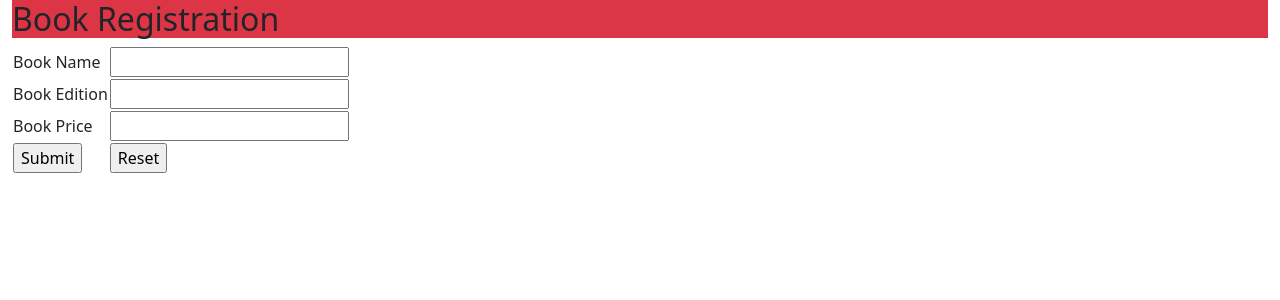
Repository: saurabh-7079/BookApp
Page: BookWebApp/WebContent/home.html
An editor plug-in stored every save of this project. The page is shown before and after the next save, followed by the edit.
The browser window is 1280 px wide. The pictures show the whole page.

Above is the page before, as saved 2023-06-05 06:08:13.

### BookWebApp/WebContent/home.html
<!DOCTYPE html>
<html>
<head>
<meta charset="ISO-8859-1">
<title>Book Application</title>
<link rel="stylesheet" href="css/bootstrap.css">
</head>
<body class="container-fluid">

<h2 class="bg-danger">Book Registration</h2>

<form action="register" method="post">
<table>
<tr>
<td> Book Name </td>
<td><input type="text" name="bookName"></td>
</tr>
<tr>
<td> Book Edition </td>
<td><input type="text" name="bookEditon"></td>
</tr>
<tr>
<td> Book Price </td>
<td><input type="text" name="bookPrice"></td>
</tr>
<tr>
<td><input type="submit" name="register"></td>
<td><input type="reset" name="cancel"></td>
</tr>
</table>
</form>
</body>
</html>

Loaded but not shown: BookWebApp/WebContent/css/bootstrap.css (library)

After the next save:
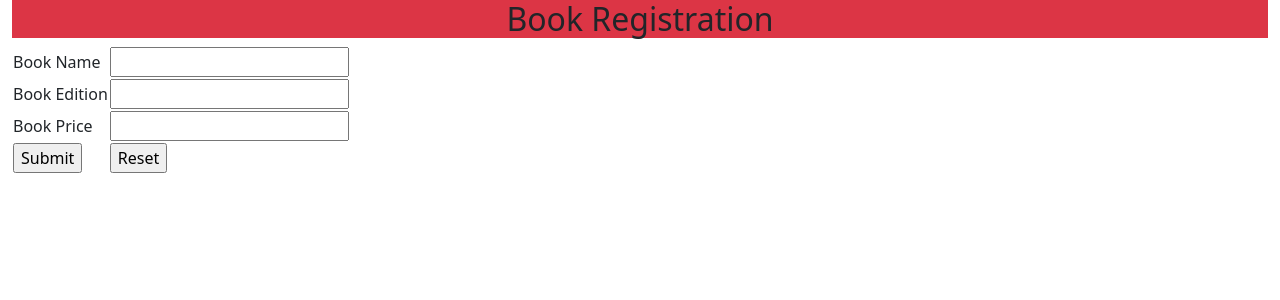
Saved 96 s later.
--- a/BookWebApp/WebContent/home.html
+++ b/BookWebApp/WebContent/home.html
@@ -7,7 +7,7 @@
 </head>
 <body class="container-fluid">
 
-<h2 class="bg-danger">Book Registration</h2>
+<h2 class="bg-danger text-center">Book Registration</h2>
 
 <form action="register" method="post">
 <table>
